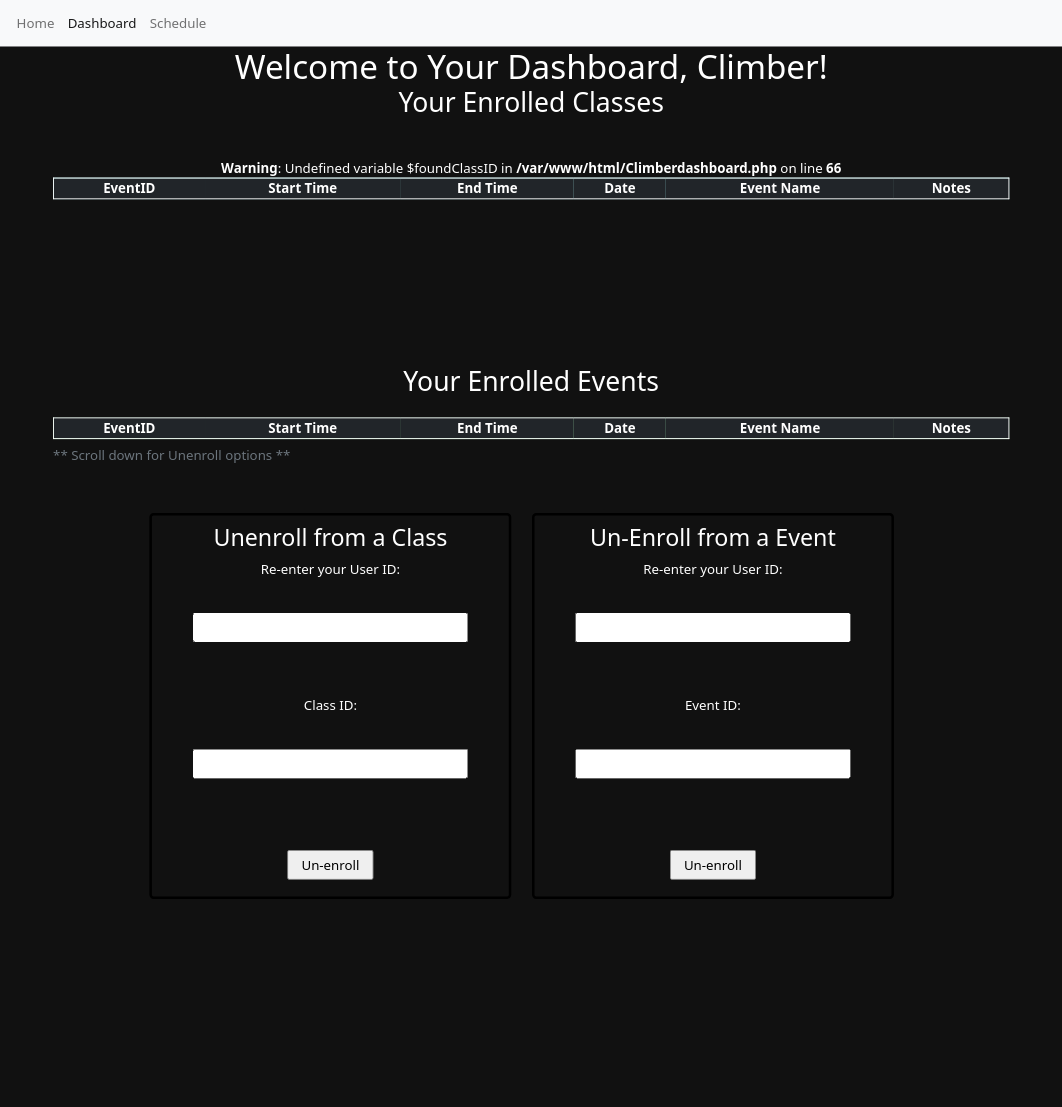
Repository: jennefercampoverde/Rock-Climb-Up
Page: http://localhost/Climberdashboard.php
An editor plug-in stored every save of this project. The page is shown before and after the next save, followed by the edit.
The browser window is 1280 px wide. The pictures show the whole page, at 83% of full size.
The page is run by PHP 8.4 with error messages shown; the project is at /var/www/html/. Queries for data that is not in the repository find no rows.

Above is the page before, as saved 2024-12-08 09:47:24.

After the next save:
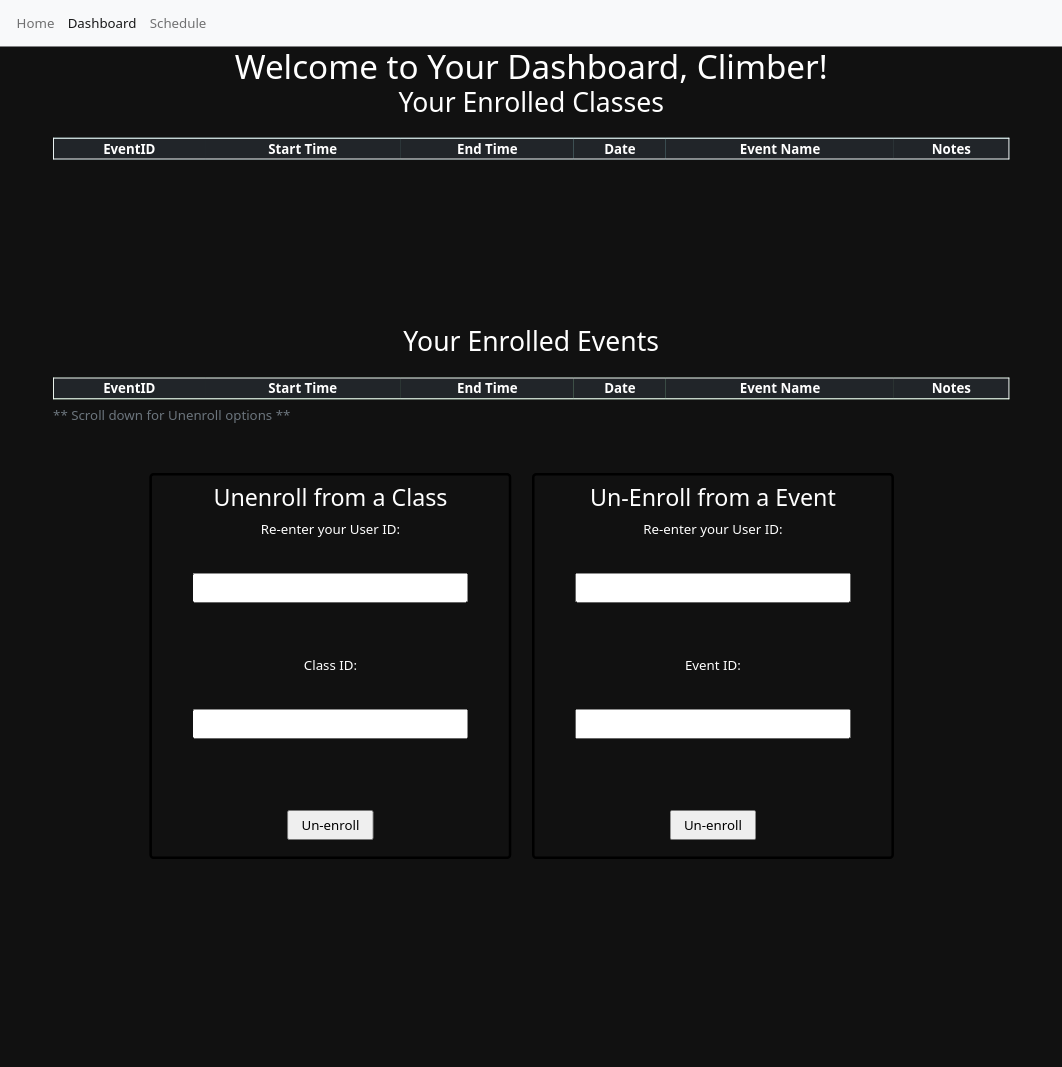
Saved 2 min 45 s later.
--- a/Climberdashboard.php
+++ b/Climberdashboard.php
@@ -63,12 +63,14 @@ $userID=1;
 
 $findUserClass="SELECT * FROM ConfirmedClass WHERE UserID='$userID'";
  $result=$conn->query($findUserClass);
- $findClassDetail="SELECT * FROM Classes WHERE ClassID='$foundClassID'";
+
 
  if($result->num_rows>0){
    while($row = $result->fetch_assoc()) {
     $foundClasses=$conn->query($findClassDetail);
     if($foundClasses->num_rows> 0){
+      $foundClassID=$row['ClassID'];
+      $findClassDetail="SELECT * FROM Classes WHERE ClassID='$foundClassID'";
       while ($finalresult= $foundClasses->fetch_assoc()) {
    echo "<tr>
    <td>" . $row['ClassID'] . "</td>
@@ -80,7 +82,9 @@ $findUserClass="SELECT * FROM ConfirmedClass WHERE UserID='$userID'";
    </tr>";
 
 }
+
 }
+
 }
  }
 }
